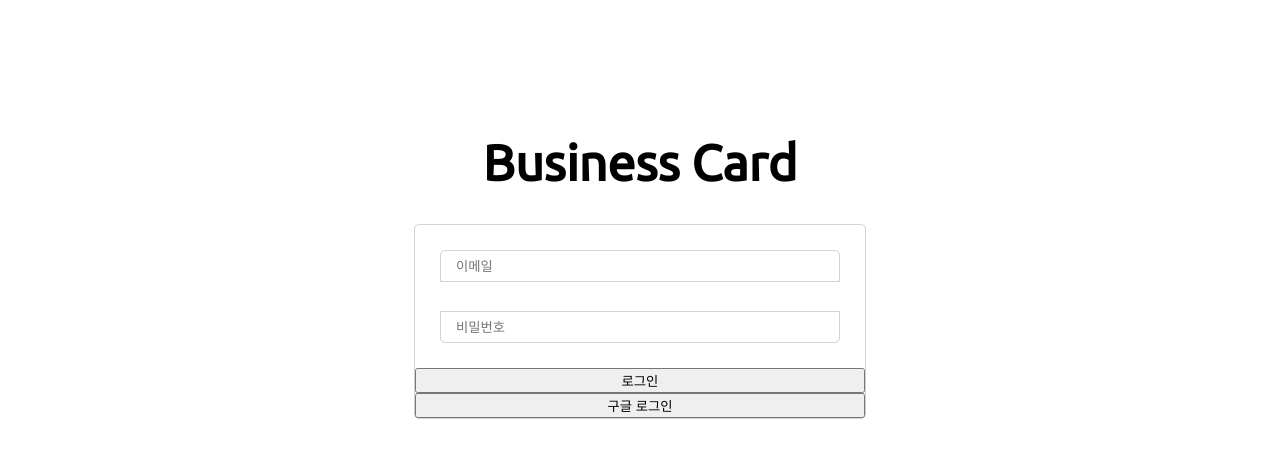
Repository: momo0170/react_businesscard
Page: /login
The author's editor kept a copy of each file at every save. The page is drawn from the files as they stood at one save, then again after the next save.
The browser window is 1280 px wide. The pictures show the whole page.
The page's requests for data from a server got no answer. The project was rebuilt for these pictures with package versions that can differ from the ones it lists, and the page was loaded fresh each time. No one was signed in, and anything a server would have sent is missing.

Above is the page before, as saved 2022-08-10 20:54:16.

### public/index.html
<!DOCTYPE html>
<html lang="en">
  <head>
    <meta charset="utf-8" />
    <link rel="icon" href="%PUBLIC_URL%/favicon.ico" />
    <meta name="viewport" content="width=device-width, initial-scale=1" />
    <meta name="theme-color" content="#000000" />
    <meta
      name="description"
      content="Web site created using create-react-app"
    />
    <link rel="preconnect" href="https://fonts.googleapis.com" />
    <link rel="preconnect" href="https://fonts.gstatic.com" crossorigin />
    <link
      href="https://fonts.googleapis.com/css2?family=Ubuntu:ital,wght@0,400;1,500&display=swap"
      rel="stylesheet"
    />

    <title>App</title>
  </head>
  <body>
    <noscript>You need to enable JavaScript to run this app.</noscript>
    <div id="root"></div>
  </body>
</html>

### src/index.js
import React from 'react';
import ReactDOM from 'react-dom/client';
import './index.css';
import App from './app.jsx';
import './firebase.js';
import { BrowserRouter } from 'react-router-dom';

const root = ReactDOM.createRoot(document.getElementById('root'));
root.render(
  <BrowserRouter>
    <App />
  </BrowserRouter>
);

### src/index.css
body {
  margin: 0;
  font-family: 'Ubuntu', sans-serif;
  -webkit-font-smoothing: antialiased;
  -moz-osx-font-smoothing: grayscale;
}

code {
  font-family: source-code-pro, Menlo, Monaco, Consolas, 'Courier New',
    monospace;
}

### src/app.jsx
import React, { useState } from 'react';
import { Routes, Route } from 'react-router-dom';
import { auth, app } from './firebase';
import {
  GoogleAuthProvider,
  signInWithPopup,
  createUserWithEmailAndPassword,
  onAuthStateChanged,
  signInWithEmailAndPassword,
  signOut,
} from 'firebase/auth';
import Login from './components/login';

// createUserWithEmailAndPassword : 회원가입
// signInWithEmailAndPassword : 로그인
// signOut : 로그아웃
// sendEmailVerifiacation : 회원가입한 이메일 유호 확인
// updateEmail : 회원가입한 아이디 이메일 변경
// updatePassword : 회원가입한 아이디 패스워드 변경
// sendPasswordResetEmail : 회원가입한 비빌먼호 재설정
// delete : 회원가입한 아이디 삭제
// reauthenticate : 아이디 재인증
// onAuthStateChanged : 사용자의 로그인 상태 변경 감시

function App() {
  const [registerEmail, setRegisterEmail] = useState('');
  const [registerPassword, setRegisterPassword] = useState('');
  const [loginEmail, setLoginEmail] = useState('');
  const [loginPassword, setLoginPassword] = useState('');
  const [googleUserData, setGoogleUserData] = useState(null);
  const [emailUserData, setEmailUserData] = useState(null);

  // 회원가입
  const register = () => {
    createUserWithEmailAndPassword(auth, registerEmail, registerPassword)
      .then((userCredential) => {
        // Signed in
        var registerUser = userCredential.user;
        console.log(registerUser);
      })
      .catch((error) => {
        var errorCode = error.code;
        var errorMessage = error.message;
        console.log(errorCode);
        console.log(errorMessage);
        // ..
      });
  };

  // 이메일 로그인
  const emailLogin = () => {
    signInWithEmailAndPassword(auth, loginEmail, loginPassword)
      .then((userCredential) => {
        const user = userCredential.user;
        setEmailUserData(user);
        console.log(user);
      })
      .catch((error) => {
        const errorCode = error.code;
        const errorMessage = error.message;
        console.log(errorCode);
        console.log(errorMessage);
      });
  };

  // 구글 로그인
  const googleLogin = () => {
    const provider = new GoogleAuthProvider(); // provider를 구글로 설정
    signInWithPopup(auth, provider) // popup을 이용한 signup
      .then((data) => {
        setGoogleUserData(data.user); // user data 설정
        console.log(data); // console로 들어온 데이터 표시
      })
      .catch((err) => {
        console.log(err);
      });
  };

  return (
    <Routes>
      <Route path="/">
        <Route
          path="login"
          element={
            <Login
              googleLogin={googleLogin}
              register={register}
              emailLogin={emailLogin}
              googleUserData={googleUserData}
              setGoogleUserData={setGoogleUserData}
              emailUserData={emailUserData}
              setEmailUserData={setEmailUserData}
              setLoginEmail={setLoginEmail}
              setLoginPassword={setLoginPassword}
            />
          }
        />
      </Route>
      {/* <Route path="/main" element={<Main />} /> */}
    </Routes>
  );
}

export default App;

### src/firebase.js
import { initializeApp } from 'firebase/app';
import { getAuth } from 'firebase/auth';

const firebaseConfig = {
  apiKey: process.env.REACT_APP_API_KEY,
  authDomain: process.env.REACT_APP_AUTH_DOMAIN,
  projectId: process.env.REACT_APP_PROJECT_ID,
  storageBucket: process.env.REACT_APP_STORAGE_BUCKET,
  messagingSenderId: process.env.REACT_APP_MESSAGING_ID,
  appId: process.env.REACT_APP_APP_ID,
};
const app = initializeApp(firebaseConfig);
const auth = getAuth(app);

export { app, auth };

### src/components/login.jsx
import React from 'react';
import styles from '../css/login.module.css';

function Login({
  googleLogin,
  googleUserData,
  register,
  emailLogin,
  setGoogleUserData,
  emailUserData,
  setEmailUserData,
  setLoginEmail,
  setLoginPassword,
}) {
  return (
    <>
      <h1 className={styles.title}>Business Card</h1>
      <div className={styles.container}>
        <div className={styles.input}>
          <div className={styles.id}>
            <input
              placeholder="이메일"
              className={styles.inputId}
              onChange={(e) => {
                setLoginEmail(e.target.value);
              }}
            />
          </div>
          <div className={styles.password}>
            <input
              placeholder="비밀번호"
              className={styles.inputPassword}
              onChange={(e) => {
                setLoginPassword(e.target.value);
              }}
            />
          </div>
        </div>
        <div className={styles.login}>
          {/* 구글 로그인 */}

          <button onClick={googleLogin}>로그인</button>

          {/* 이메일 로그인 */}
          <button onClick={emailLogin}>구글 로그인</button>
        </div>
      </div>
    </>
  );
}

export default Login;

### src/css/login.module.css
@value normalBlue from '../common/colors.css';
@value lightGrey from '../common/colors.css';

.title {
  text-align: center;
  padding-top: 100px;
  font-size: 50px;
  color: normalBlue;
}

.container {
  display: flex;
  flex-direction: column;
  width: 450px;
  border: 1px solid lightGrey;
  border-radius: 5px;
  margin: 0 auto;
}

.input {
  display: flex;
  flex-direction: column;
  padding: 10px 10px;
}

.id,
.password {
  padding: 15px 15px 15px;
}

.inputId,
.inputPassword {
  width: 100%;
  height: 30px;
  padding: 15px;
  outline: 0;
  box-sizing: border-box;
}

.inputId {
  border: 1px solid lightGrey;
  border-top-left-radius: 5px;
  border-top-right-radius: 5px;
}

.inputPassword {
  border: 1px solid lightGrey;
  border-bottom-left-radius: 5px;
  border-bottom-right-radius: 5px;
  margin-top: -1px;
}

.login {
  display: flex;
  flex-direction: column;
}

After the next save:
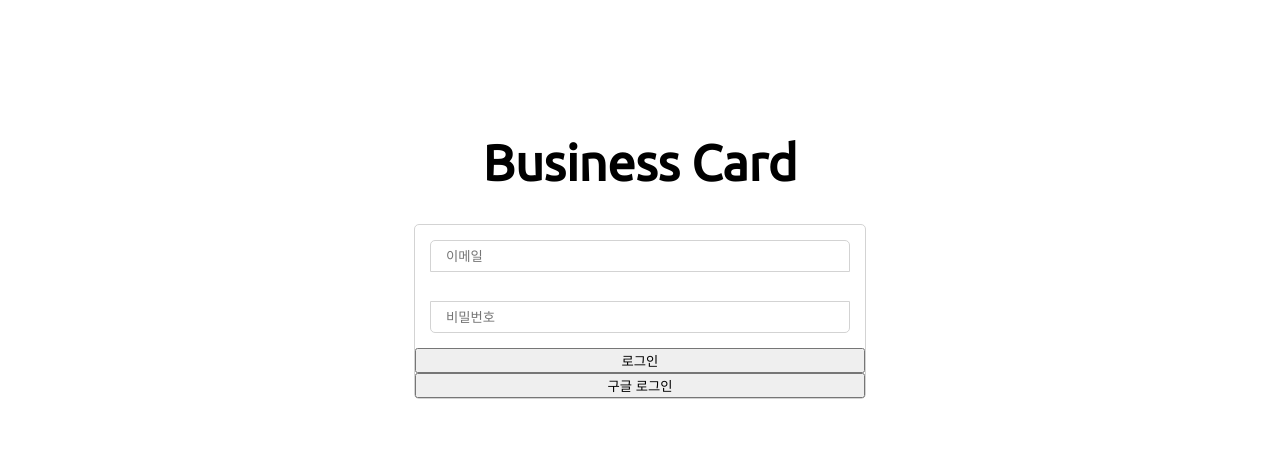
Saved 2 min 7 s later.
--- a/src/css/login.module.css
+++ b/src/css/login.module.css
@@ -17,7 +17,7 @@
   margin: 0 auto;
 }
 
-.input {
+.inputs {
   display: flex;
   flex-direction: column;
   padding: 10px 10px;

After the save that followed:
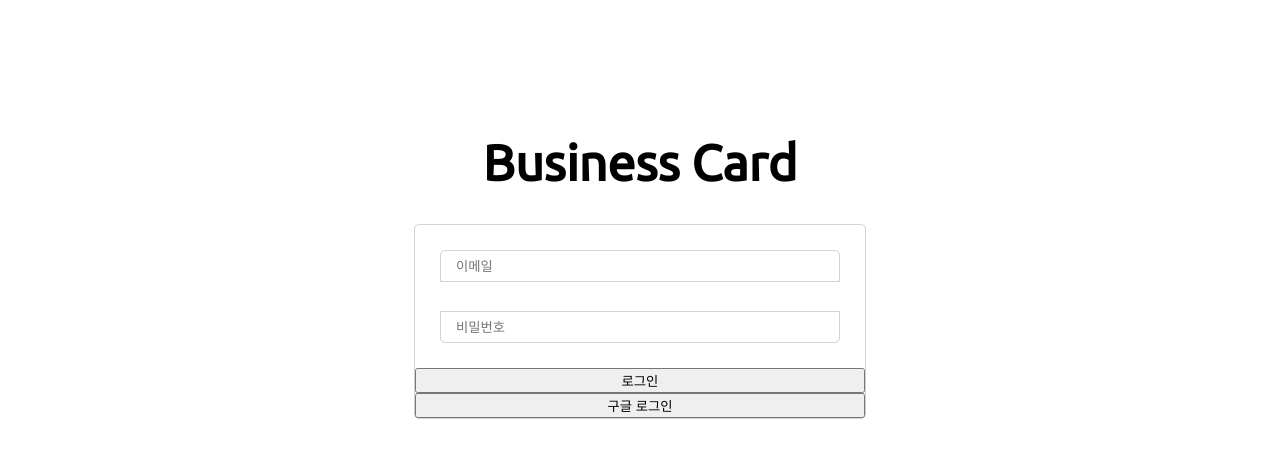
Saved 1 s later.
--- a/src/components/login.jsx
+++ b/src/components/login.jsx
@@ -16,7 +16,7 @@ function Login({
     <>
       <h1 className={styles.title}>Business Card</h1>
       <div className={styles.container}>
-        <div className={styles.input}>
+        <div className={styles.inputs}>
           <div className={styles.id}>
             <input
               placeholder="이메일"
